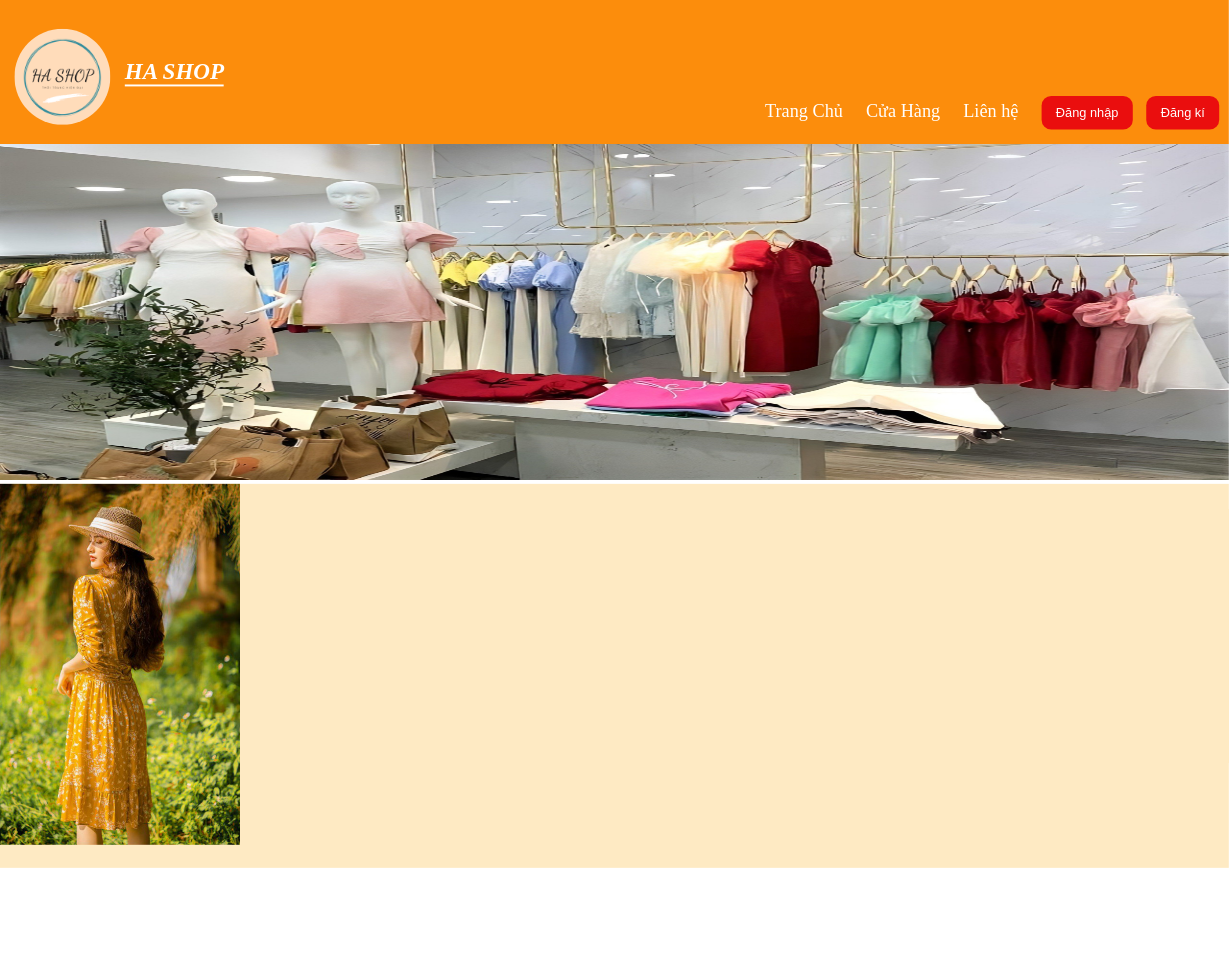
Repository: manhhieu120499/demo_page
Page: trangchu.html
An editor plug-in stored every save of this project. The page is shown before and after a run of saves, followed by the edit.
The browser window is 1280 px wide. The pictures show the whole page, at 96% of full size.

Above is the page before, as saved 2023-02-16 16:53:36.

After the next 10 saves:
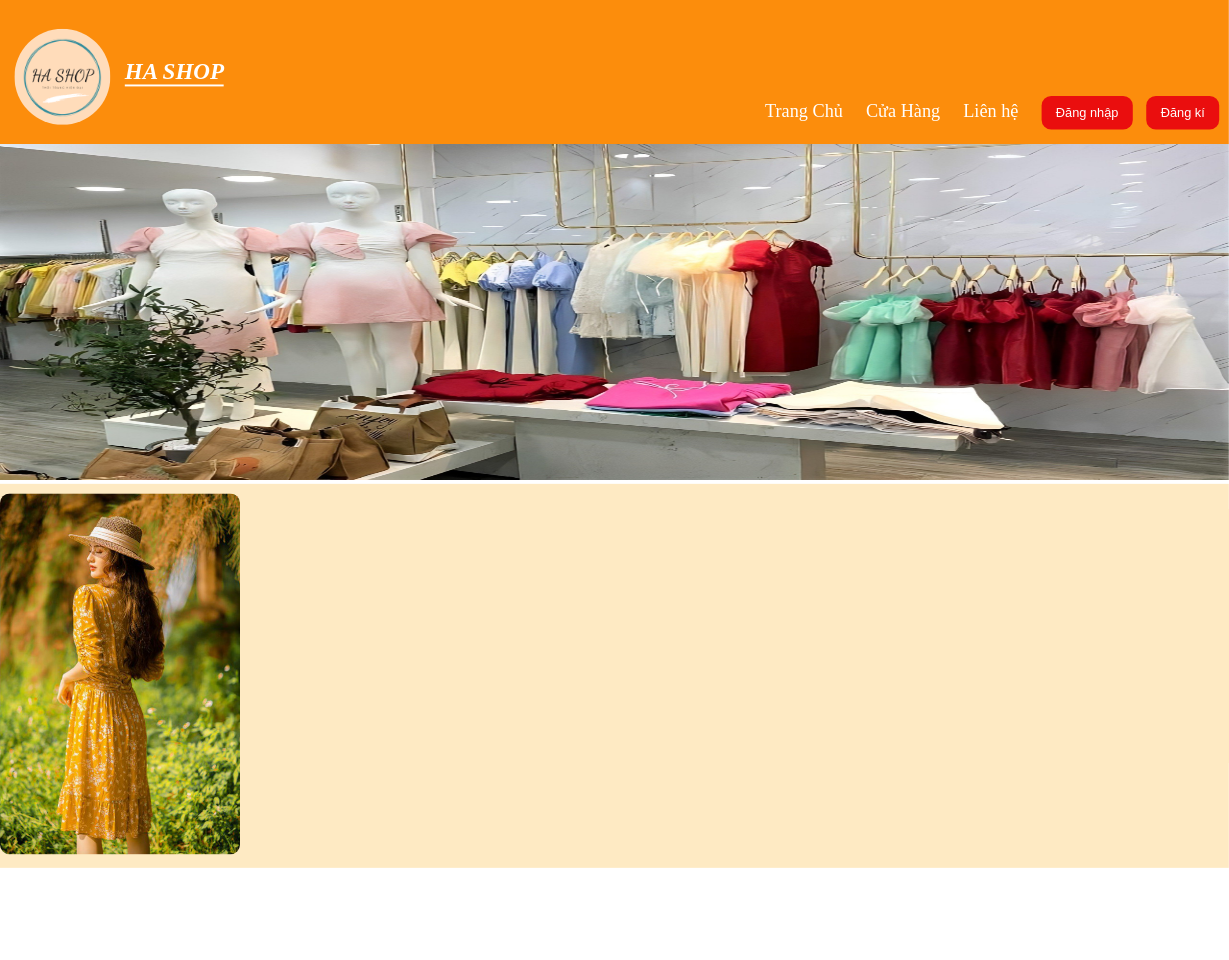
The 10 saves are shown as one change because they came seconds apart.
The last was saved 32 s later.
--- a/style_trangchu.css
+++ b/style_trangchu.css
@@ -69,4 +69,6 @@
 
 .album_items_left .picture_album {
     width: 250px;
+    border-radius:10px;
+    margin-top: 10px;
 }
